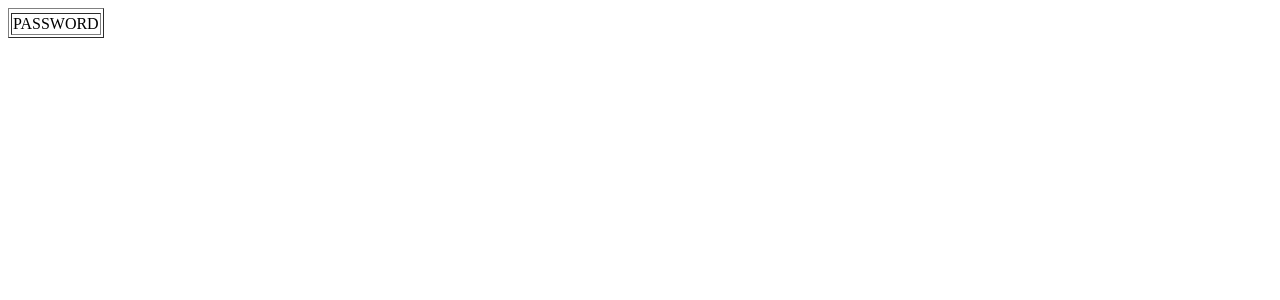
Repository: Jooheehan-kopo/web-workspace
Page: Lecture-web/WebContent/javascript/Dom/exam05.html
An editor plug-in stored every save of this project. The page is shown before and after the next save, followed by the edit.
The browser window is 1280 px wide. The pictures show the whole page.

Above is the page before, as saved 2021-06-15 08:02:58.
Console error: TypeError: document.getElementByID is not a function

After the next save:
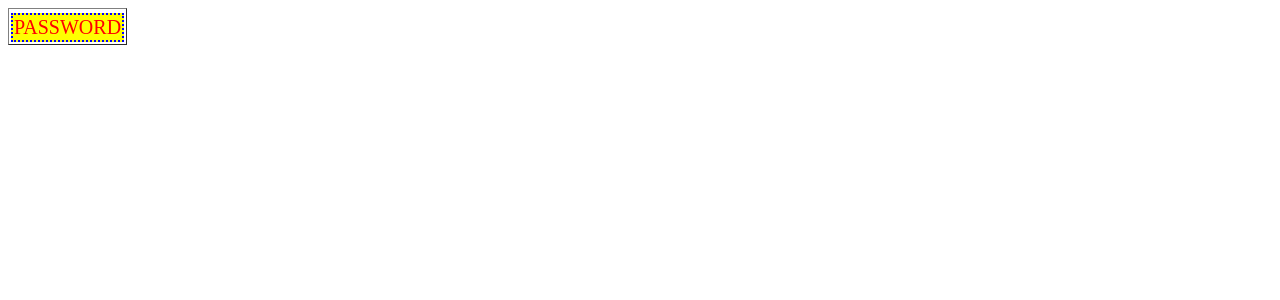
The error is gone.
Saved 79 s later.
--- a/Lecture-web/WebContent/javascript/Dom/exam05.html
+++ b/Lecture-web/WebContent/javascript/Dom/exam05.html
@@ -9,7 +9,7 @@
 //		id.remove() //화면상에서 사라짐. --> 익스플로어에서는 안먹힘... 안지워짐..
 		id.parentNode.removeChild(id) // --> 익스플로어에서도 가능함.
 
-		let pwd = document.getElementByID('pwd')
+		let pwd = document.getElementById('pwd')
 		pwd.style.fontSize='15pt' //css의 속성인 style 사용가능
 		pwd.style.color ='red'
 		pwd.style.border = '2px dotted blue'
